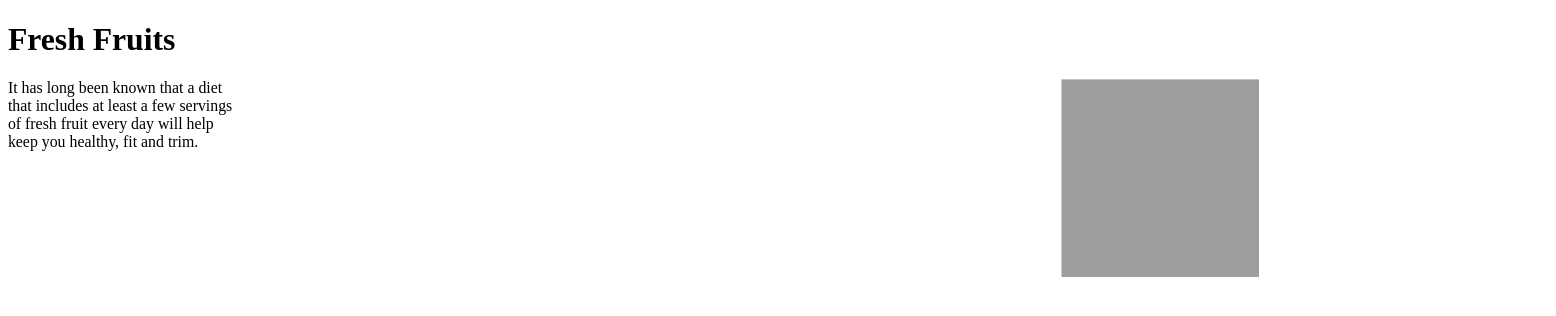
Repository: Helianthusss/Learn-CPP
Page: HTML/lap2/bai1.html
The author's editor kept a copy of each file at every save. The page is drawn from the files as they stood at one save, then again after the next save.
The browser window is 1280 px wide. The page is 1280 px wide, then 1572 px, so the pictures cover 1572 px, including what lies to the right of the window. The pictures show the whole page, at 99% of full size.
Pictures or frames that could not be fetched are drawn as grey boxes.

Above is the page before, as saved 2021-09-22 10:16:43.

### HTML/lap2/bai1.html
<!DOCTYPE html>
<html lang="en">
  <head>
    <meta charset="UTF-8" />
    <meta http-equiv="X-UA-Compatible" content="IE=edge" />
    <meta name="viewport" content="width=device-width, initial-scale=1.0" />
    <title>FreshFruits</title>
    <style>
      .img {
        position: relative;
        left: 300px;
      }
      .h1 {
        left: 300px;
      }
    </style>
  </head>
  <body>
    <h1>Fresh Fruits</h1>
    <p>
      <img
        src="https://img.lovepik.com/element/40111/3411.png_860.png"
        alt="Fruits"
        width="200"
        height="200"
        align="right"
      />
      It has long been known that a diet<br />
      that includes at least a few servings<br />
      of fresh fruit every day will help<br />
      keep you healthy, fit and trim.
    </p>
  </body>
</html>

After the next save:
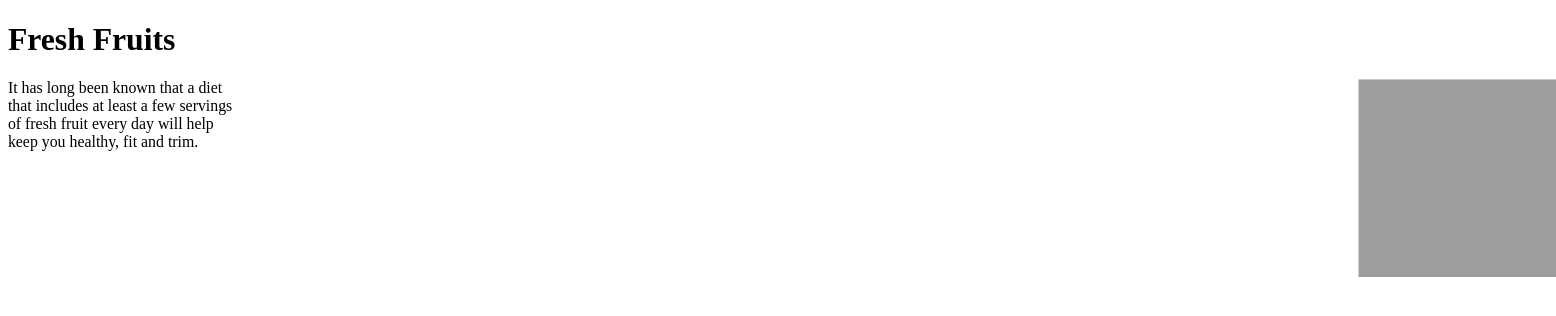
Saved 92 s later.
--- a/HTML/lap2/bai1.html
+++ b/HTML/lap2/bai1.html
@@ -19,6 +19,7 @@
     <h1>Fresh Fruits</h1>
     <p>
       <img
+        class="img"
         src="https://img.lovepik.com/element/40111/3411.png_860.png"
         alt="Fruits"
         width="200"
